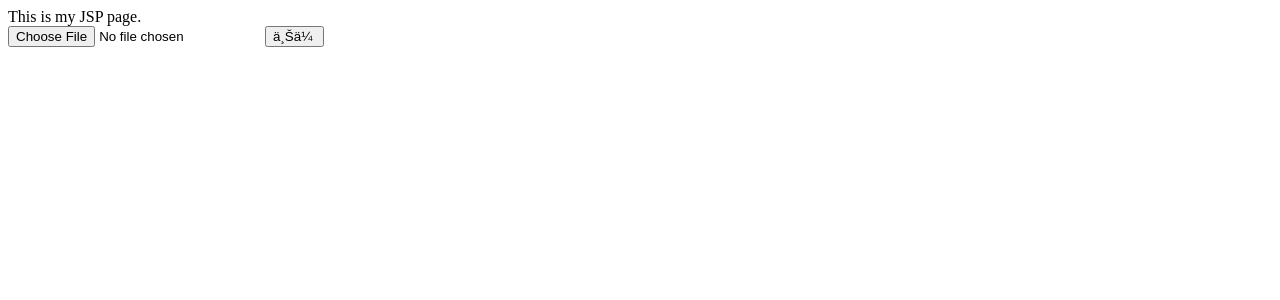
Repository: ruanhuabin/IntelliEyeShade
Page: http://localhost/IntelliEyeShade/users/users_verify.jsp
The author's editor kept a copy of each file at every save. The page is drawn from the files as they stood at one save, then again after the next save.
The browser window is 1280 px wide. The pictures show the whole page.
The page is served by Tomcat 9. Nobody is signed in. The application's start-up code is not run.

Above is the page before, as saved 2016-12-13 07:51:41.

After the next save:
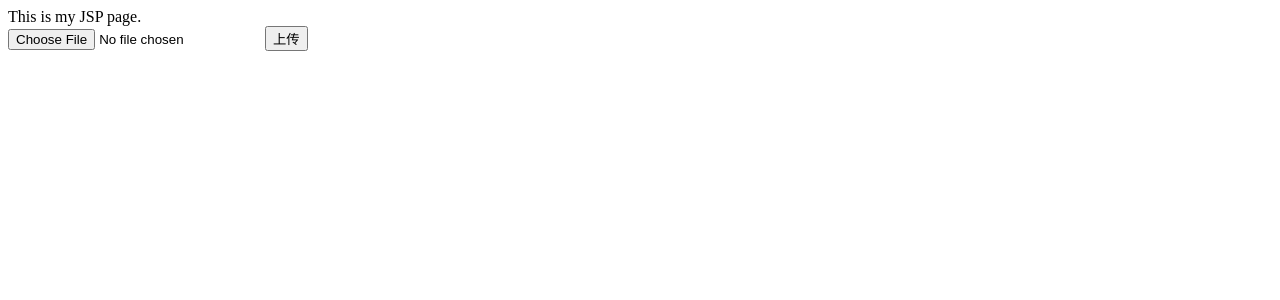
Saved 118 s later.
--- a/IntelliEyeShade/WebRoot/users/users_verify.jsp
+++ b/IntelliEyeShade/WebRoot/users/users_verify.jsp
@@ -1,4 +1,4 @@
-<%@ page language="java" import="java.util.*" pageEncoding="ISO-8859-1"%>
+<%@ page language="java" import="java.util.*" pageEncoding="utf-8"%>
 <%
 String path = request.getContextPath();
 String basePath = request.getScheme()+"://"+request.getServerName()+":"+request.getServerPort()+path+"/";
